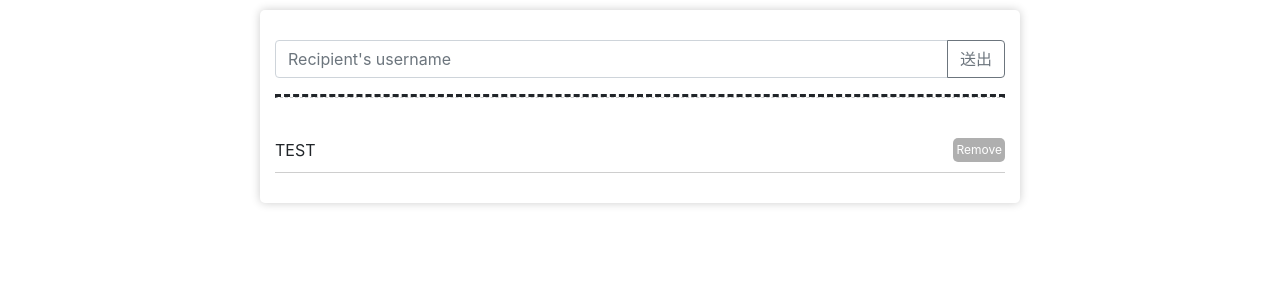
Repository: iian0910/vue3_todoList
Page: /
These files come from the project's save history. The page is drawn as it stood at one moment and after the next save; the edit follows.
The browser window is 1280 px wide. The pictures show the whole page.
The project was rebuilt for these pictures with package versions that can differ from the ones it lists, and the page was loaded fresh each time.

Above is the page before, as saved 2021-02-23 16:19:13.

After the next save:
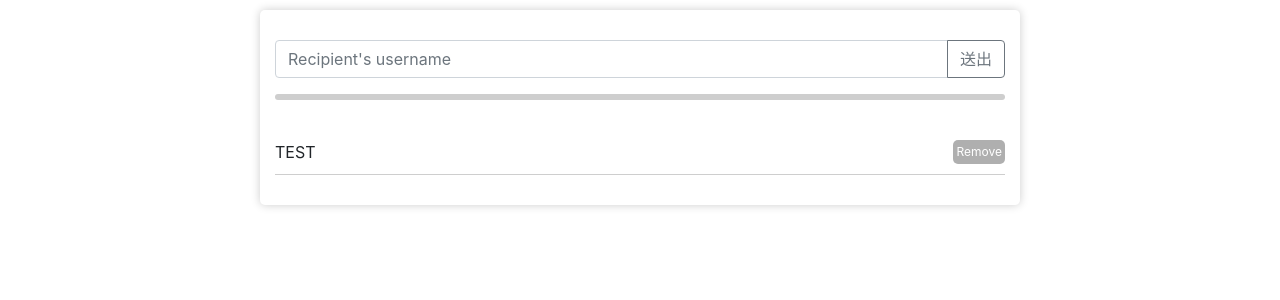
Saved 19 s later.
--- a/src/components/TodoList.vue
+++ b/src/components/TodoList.vue
@@ -88,9 +88,8 @@ export default defineComponent({
 }
 .segmentation{
   margin-bottom: 30px;
-  border-bottom: 1px solid rgb(206, 206, 206);
-  border-style: dashed;
-  // border-radius: 3px;
+  border-bottom: 6px solid rgb(206, 206, 206);
+  border-radius: 3px;
 }
 .list{
   padding: 0;
